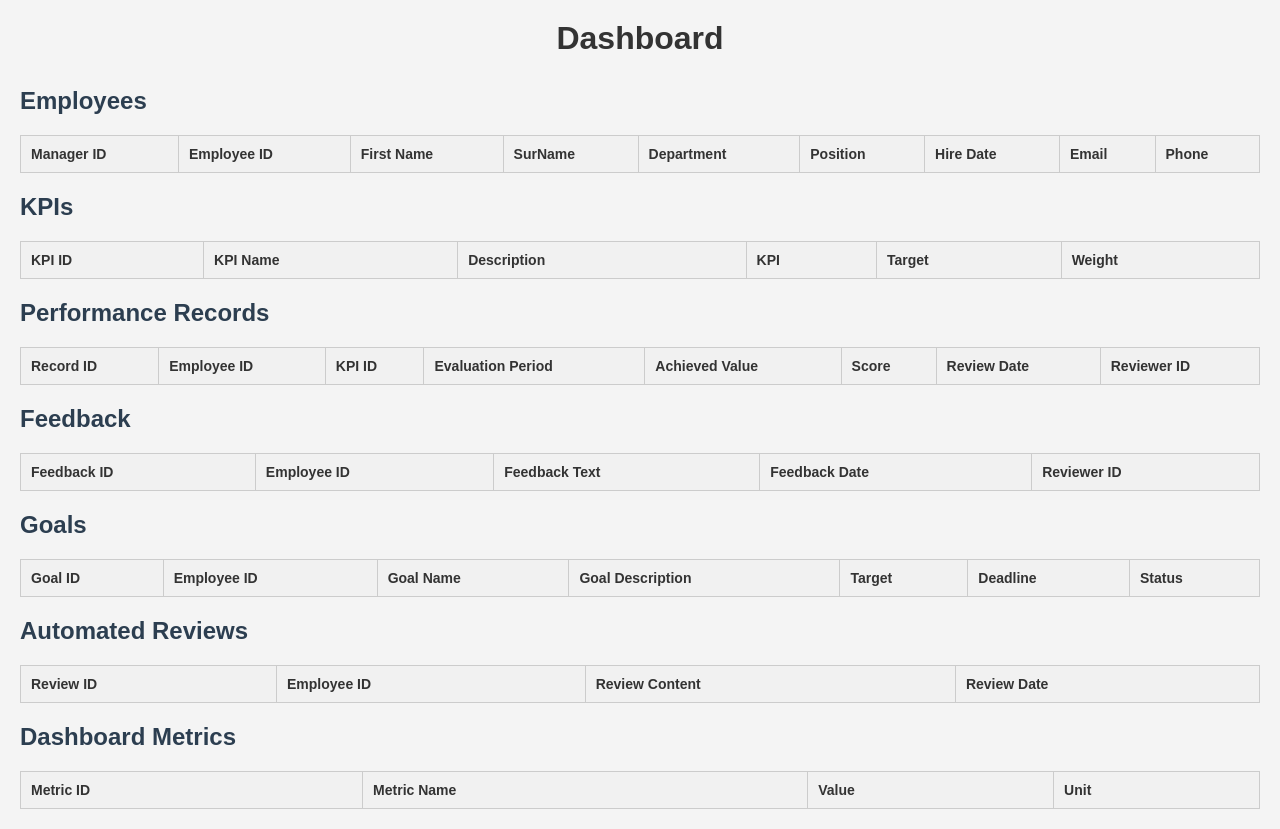
Repository: Wuda2000/Mongodb
Page: http://localhost/dashboard
An editor plug-in stored every save of this project. The page is shown before and after the next save, followed by the edit.
The browser window is 1280 px wide. The pictures show the whole page.
The page is served by the project's application, run on Flask 3 (app.py). Queries for data that is not in the repository find no rows.

Above is the page before, as saved 2024-11-11 18:42:50.

After the next save:
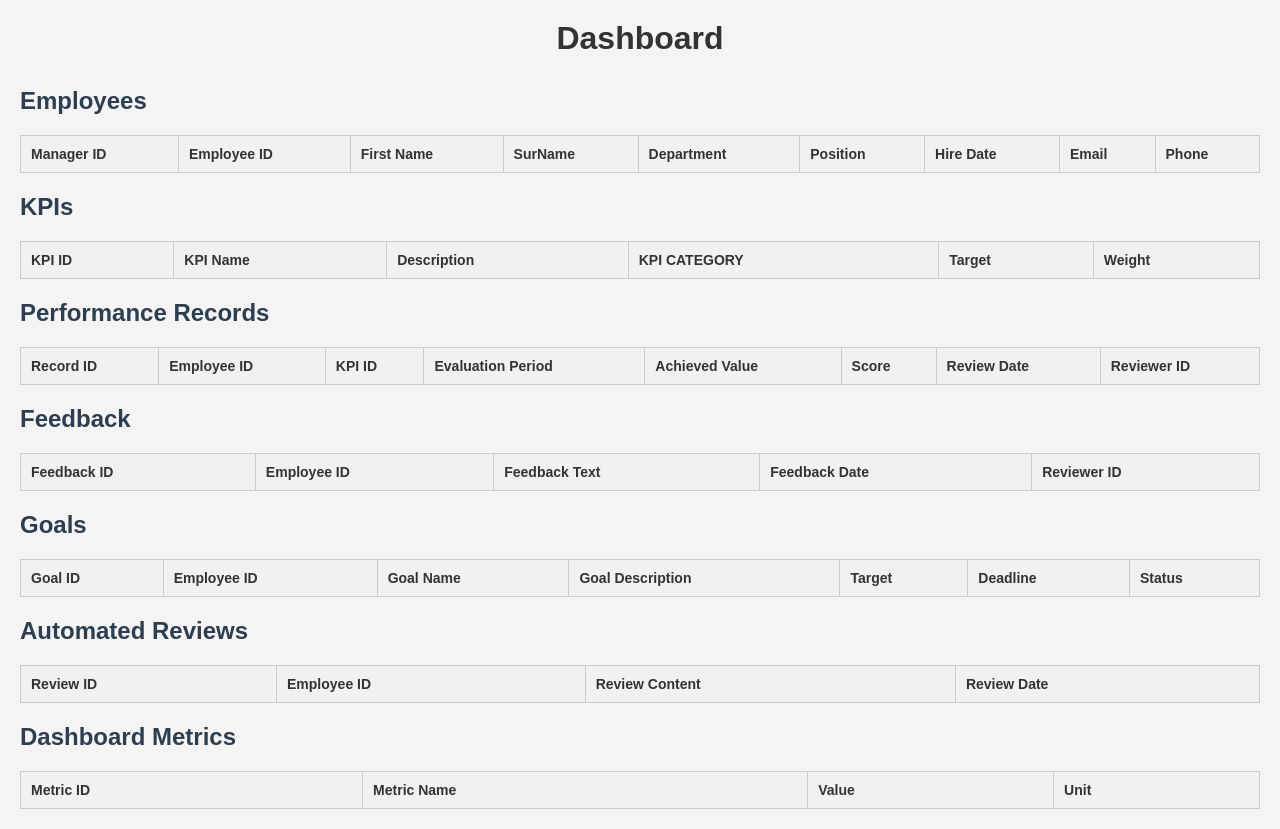
Saved 5 s later.
--- a/templates/dashboard.html
+++ b/templates/dashboard.html
@@ -50,7 +50,7 @@
                 <th>KPI ID</th>
                 <th>KPI Name</th>
                 <th>Description</th>
-                <th>KPI</th>
+                <th>KPI CATEGORY</th>
                 <th>Target</th>
                 <th>Weight</th>
             </tr>
